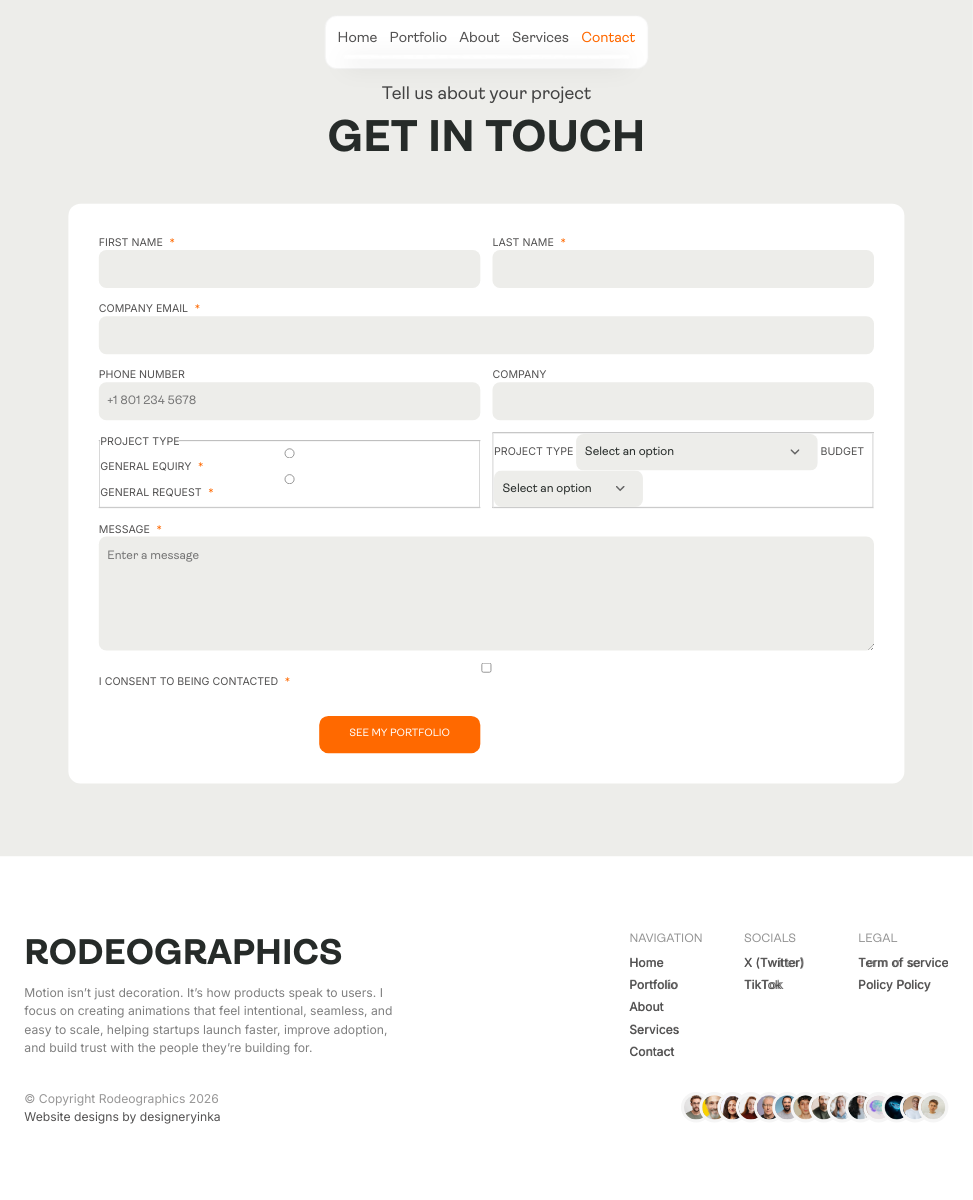
Repository: Ajeyinka/RodeoGraphics
Page: contact.html
The author's editor kept a copy of each file at every save. The page is drawn from the files as they stood at one save, then again after the next save.
The browser window is 1280 px wide. The pictures show the whole page, at 76% of full size.

Above is the page before, as saved 2026-02-21 21:50:39.
Console error: ReferenceError: gsap is not defined

### contact.html
<!DOCTYPE html>
<html lang="en">
  <head>
    <meta charset="UTF-8" />
    <meta name="viewport" content="width=device-width, initial-scale=1.0" />
    <title>Contact | Motion Design for Startups</title>

    <meta
      name="description"
      content="Get in touch to discuss motion design for your product, startup, or upcoming launch."
    />
    <meta property="og:title" content="Contact | Motion Design for Startups" />
    <meta
      property="og:description"
      content="Get in touch to discuss motion design for your product, startup, or upcoming launch."
    />
    <meta property="og:image" content="" />
    <meta property="og:type" content="website" />
    <meta property="og:url" content="" />
    <script src="script.js" defer></script>
    <link rel="stylesheet" href="style.css" />
    <link
      rel="shortcut icon"
      href="images/favicon.ico.png"
      sizes="32x32"
      type="image/png"
    />
  </head>
  <body>
    <nav class="section_nav">
      <div class="container_large">
        <div class="container_nav">
          <div class="two-col-flex">
            <div class="nav_brand">
              <a href="index.html" class="nav_brand-link">
                <span>Rodeographics</span>
              </a>
            </div>
            <a href="#" class="toggle_button" id="toggle_button">
              <span class="bar one"></span>
              <span class="bar two"></span>
            </a>
          </div>
          <!-- Brand / Logo -->

          <!-- Navigation Menu -->
          <div class="nav_menu">
            <ul class="nav_list">
              <li class="nav_item">
                <a href="index.html" class="nav_link">Home</a>
              </li>
              <li class="nav_item">
                <a href="portfolio.html" class="nav_link">Portfolio</a>
              </li>

              <li class="nav_item">
                <a href="about.html" class="nav_link">About</a>
              </li>

              <li class="nav_item">
                <a href="services.html" class="nav_link">Services</a>
              </li>

              <li class="nav_item">
                <a href="contact.html" class="nav_link">Contact</a>
              </li>
            </ul>
          </div>
        </div>
      </div>
    </nav>

    <main>
      <section class="section_contact">
        <div class="container_large">
          <div class="padding_global">
            <div class="form_component">
              <div class="title-top">
                <p class="tag">Tell us about your project</p>
                <h1>GET IN TOUCH</h1>
              </div>
            </div>
            <div class="form-block">
              <form action="https://formspree.io/f/xzdapnao" method="POST">
                <div class="form-group">
                  <label for="fname">First Name</label>
                  <input
                    type="text"
                    name="first_name"
                    class="input"
                    id="fName"
                    required
                  />
                </div>
                <div class="form-group">
                  <label for="lname">Last Name</label>
                  <input
                    type="text"
                    name="last_name"
                    class="input"
                    id="lName"
                    required
                  />
                </div>
                <div class="form-group span-all">
                  <label for="email">Company Email</label>
                  <input
                    type="email"
                    name="company_email"
                    class="input"
                    id="email"
                    required
                  />
                </div>
                <div class="form-group">
                  <label for="tel"> Phone Number</label>
                  <input
                    type="tel"
                    class="input phone-input"
                    placeholder="+1 801 234 5678"
                    inputmode="tel"
                    autocomplete="tel"
                    id="tel"
                  />
                </div>

                <div class="form-group">
                  <label for="company">Company</label>

                  <input
                    type="text"
                    name="company"
                    class="input"
                    id="company"
                  />
                </div>

                <fieldset>
                  <legend>Project Type</legend>

                  <div class="form-group">
                    <input
                      type="radio"
                      id="general"
                      name="project"
                      value="General Equiry"
                      required
                    />
                    <label for="general">General Equiry</label>
                  </div>

                  <div class="form-group">
                    <input
                      type="radio"
                      id="support"
                      name="project"
                      value="General Requesr"
                      required
                    />
                    <label for="support">General Request</label>
                  </div>
                </fieldset>

                <fieldset>
                  <label>
                    Project Type
                    <select class="input select" name="project type">
                      <option value="" disabled selected>
                        Select an option
                      </option>
                      <option value="saas">SaaS/Explainer Video</option>
                      <option value="2d explainer">2D Explainer Video</option>
                      <option value="logo">Logo Animation</option>
                      <option value="ai vide0">
                        AI branding/product Launch Video
                      </option>
                      <option value="website">Website Interphase</option>
                      <option value="short form">Short Form Edit Video</option>
                    </select>
                  </label>
                  <label>
                    Budget
                    <select class="input select" name="budget">
                      <option value="" disabled selected>
                        Select an option
                      </option>
                      <option value="$0-$200">$0-$200</option>
                      <option value="$200-$500">$200-$500</option>
                      <option value="$500-$1000">$500-$1000</option>
                      <option value="$1000-above">$1000 and Above</option>
                    </select>
                  </label>
                </fieldset>
                <div class="form-group span-all">
                  <label for="message">Message</label>
                  <textarea
                    name="textarea"
                    id="textarea"
                    class="input"
                    placeholder="Enter a message"
                    required
                  ></textarea>
                </div>
                <div class="form-group span-all">
                  <input type="checkbox" name="consent" id="consent" required />
                  <label for="consent">I consent to being contacted</label>
                </div>

                <div class="input-submit">
                  <button type="submit" class="button-submit button">
                    <span class="text text-primary">See my portfolio</span>
                  </button>
                </div>
                <div class="form-success">
                  Thanks for reaching out. I’ll get back to you within 24 hours.
                </div>
              </form>
            </div>
          </div>
        </div>
      </section>
    </main>
    <footer>
      <div class="container_large">
        <div class="padding_global">
          <div class="footer-grid">
            <div class="footer-left">
              <h2>Rodeographics</h2>
              <p>
                Motion isn’t just decoration. It’s how products speak to users.
                I focus on creating animations that feel intentional, seamless,
                and easy to scale, helping startups launch faster, improve
                adoption, and build trust with the people they’re building for.
              </p>
            </div>
            <div class="footer-right">
              <div class="footer_link-wrapper">
                <div class="footer_links">
                  <h4>Navigation</h4>
                  <a href="index.html" class="footer_link">Home</a>
                  <a href="portfolio.html" class="footer_link">Portfolio</a>
                  <a href="about.html" class="footer_link">About</a>
                  <a href="services.html" class="footer_link">Services</a>
                  <a href="contact.html" class="footer_link">Contact</a>
                </div>
                <div class="footer_links">
                  <h4>Socials</h4>
                  <a href="https://x.com/designerola01" class="footer_link"
                    >X (Twitter)</a
                  >

                  <a
                    href="https://www.tiktok.com/@rodeodesigns?_r=1&_t=ZS-93MZgyCcf5N"
                    class="footer_link"
                    >TikTok</a
                  >
                </div>
                <div class="footer_links">
                  <h4>Legal</h4>
                  <a href="services.html" class="footer_link"
                    >Term of service</a
                  >

                  <a href="privacy.html" class="footer_link">Policy Policy</a>
                </div>
              </div>
            </div>
          </div>
          <div class="footer-bottom">
            <div>
              <p class="Copyright">© Copyright Rodeographics 2026</p>
              <a href="https://designeryinka.com/" target="_blank"
                >Website designs by designeryinka</a
              >
            </div>

            <div class="footer_proof">
              <img src="images/1.png" alt="" />
              <img src="images/2.png" alt="" />
              <img src="images/3.png" alt="" />
              <img src="images/4.png" alt="" />
              <img src="images/5.png" alt="" />
              <img src="images/6.png" alt="" />
              <img src="images/adewale.png" alt="" />
              <img src="images/adewale1.png" alt="" />
              <img src="images/adewale2.png" alt="" />
              <img src="images/adewale4.png" alt="" />
              <img src="images/adewalw5.png" alt="" />
              <img src="images/adewale6.png" alt="" />
              <img src="images/adewale7.png" alt="" />
              <img src="images/adewalw8.png" alt="" />
            </div>
          </div>
        </div>
      </div>
    </footer>
  </body>
</html>

Loaded but not shown: script.js (338 lines, source omitted); style.css (1934 lines, source omitted)

After the next save:
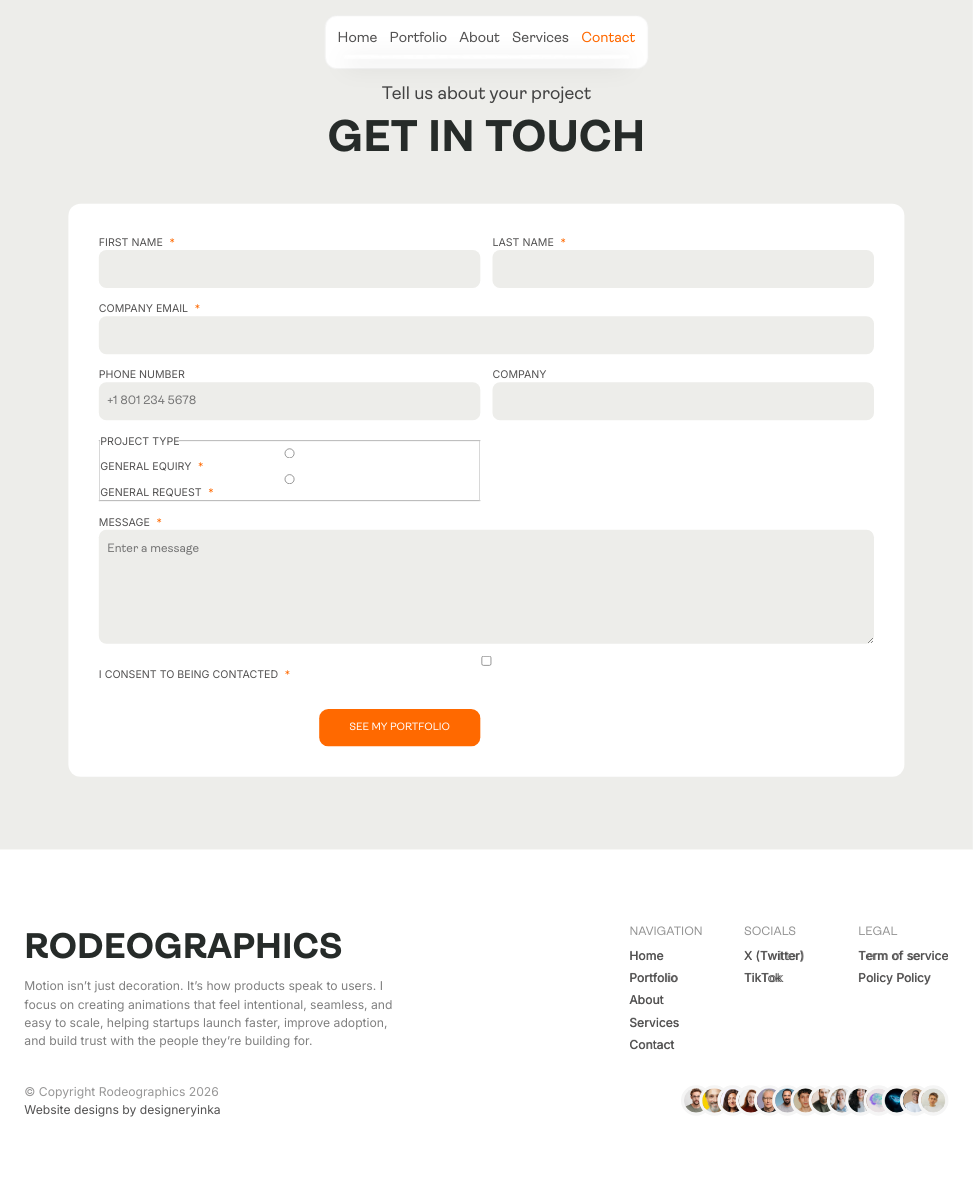
Saved 82 s later.
--- a/contact.html
+++ b/contact.html
@@ -161,36 +161,6 @@
                   </div>
                 </fieldset>
 
-                <fieldset>
-                  <label>
-                    Project Type
-                    <select class="input select" name="project type">
-                      <option value="" disabled selected>
-                        Select an option
-                      </option>
-                      <option value="saas">SaaS/Explainer Video</option>
-                      <option value="2d explainer">2D Explainer Video</option>
-                      <option value="logo">Logo Animation</option>
-                      <option value="ai vide0">
-                        AI branding/product Launch Video
-                      </option>
-                      <option value="website">Website Interphase</option>
-                      <option value="short form">Short Form Edit Video</option>
-                    </select>
-                  </label>
-                  <label>
-                    Budget
-                    <select class="input select" name="budget">
-                      <option value="" disabled selected>
-                        Select an option
-                      </option>
-                      <option value="$0-$200">$0-$200</option>
-                      <option value="$200-$500">$200-$500</option>
-                      <option value="$500-$1000">$500-$1000</option>
-                      <option value="$1000-above">$1000 and Above</option>
-                    </select>
-                  </label>
-                </fieldset>
                 <div class="form-group span-all">
                   <label for="message">Message</label>
                   <textarea
